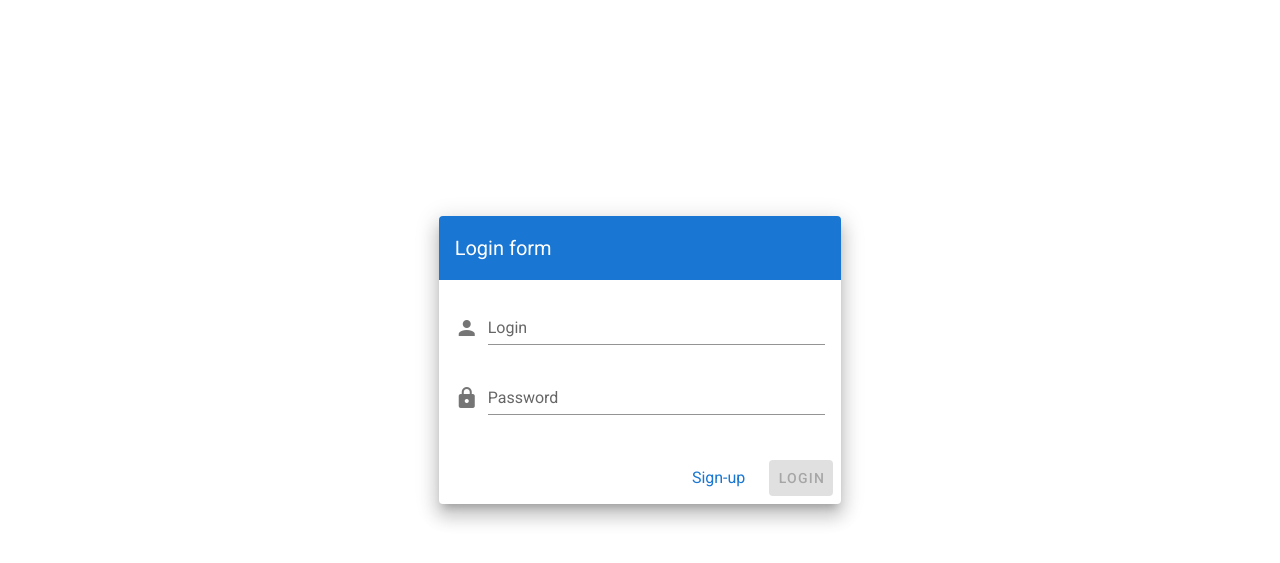
Repository: EldarioLink/lome
Page: /
These files come from the project's save history. The page is drawn as it stood at one moment and after the next save; the edit follows.
The browser window is 1280 px wide. The pictures show the whole page.
The project was rebuilt for these pictures with package versions that can differ from the ones it lists, and the page was loaded fresh each time. Also part of the build but not shown: vue.config.js, src/layouts/MainLayout.vue.

Above is the page before, as saved 2020-09-14 14:35:01.

After the next save:
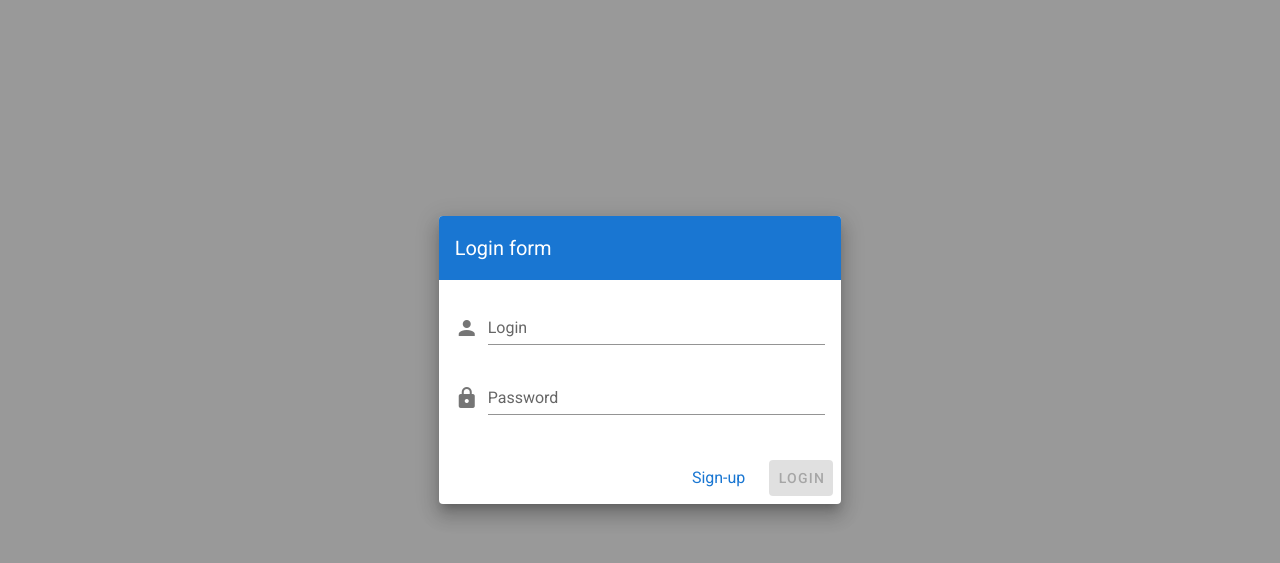
Saved 5 s later.
--- a/src/views/Login.vue
+++ b/src/views/Login.vue
@@ -99,6 +99,6 @@ export default {
 
 <style scope>
 .background-gray {
-  background: 999999;
+  background: #999999;
 }
 </style>
